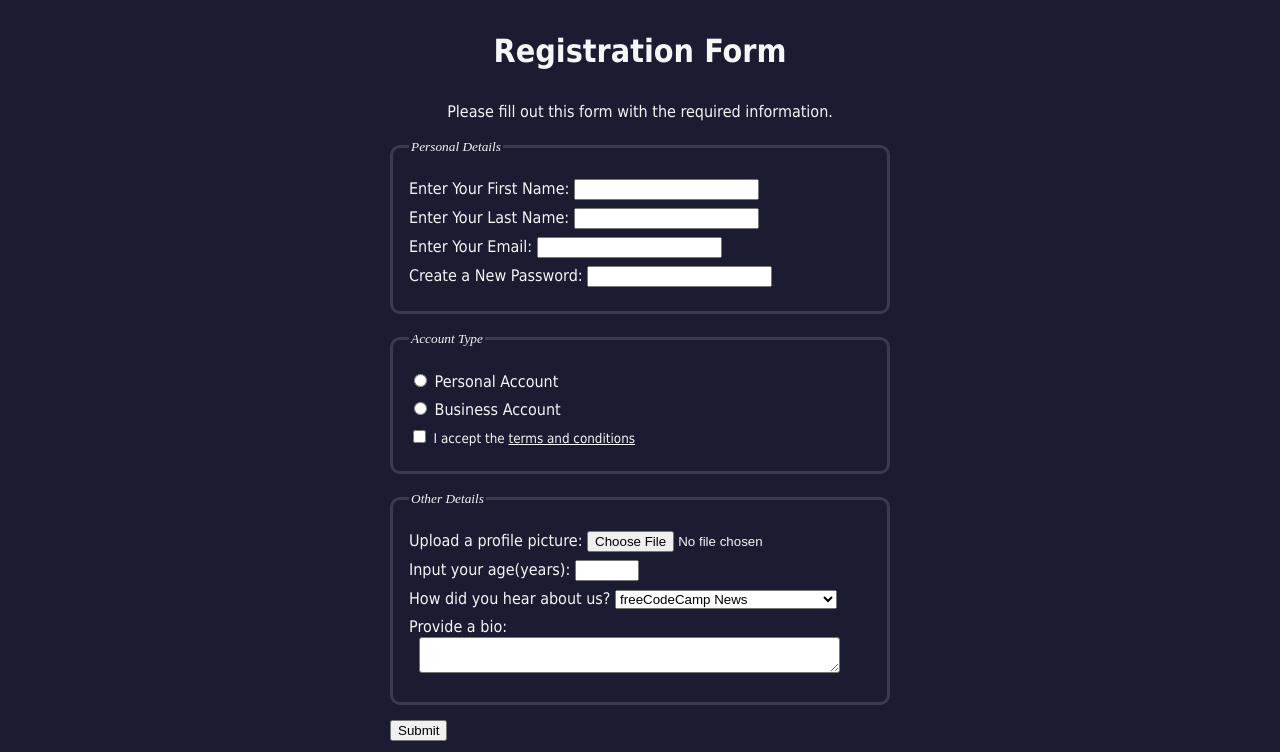
Repository: Lungdjos/registration_form
Page: index.html
These files come from the project's save history. The page is drawn as it stood at one moment and after a run of saves; the edit follows.
The browser window is 1280 px wide. The pictures show the whole page.

Above is the page before, as saved 2023-09-29 09:27:42.

### index.html
<!DOCTYPE html>
<html lang="en">

<head>
    <meta charset="UTF-8">
    <meta name="viewport" content="width=device-width, initial-scale=1.0">
    <title>Registration Form</title>
    <link rel="stylesheet" href="indexStyles.css">
</head>

<body>
    <h1>Registration Form</h1>
    <p>Please fill out this form with the required information.</p>
    <form action="https://register-demo.freecodecamp.org" method="post">
        <fieldset>
            <legend> <small>Personal Details</small> </legend>
            <label for="first-name">Enter Your First Name: <input type="text" id="first-name" name="first-name" required> </label>
            <label for="last-name">Enter Your Last Name: <input type="text" id="last-name" name="last-name" required> </label>
            <label for="email">Enter Your Email: <input type="email" id="email" name="email" required> </label>
            <label for="new-password">Create a New Password: <input type="password" name="password" id="new-password" pattern="[A-Za-z0-9]{8,}" minlength="8" required> </label>
        </fieldset>
        <fieldset>
            <legend> <small>Account Type</small></legend>
            <label for="personal-account"> <input type="radio" name="account-type" id="personal-account"> Personal Account</label>
            <label for="business-account"> <input type="radio" name="account-type" id="business-account"> Business Account</label>
            <label for="terms-and-conditions"> <input type="checkbox" name="ts-and-cs" id="terms-and-conditions" required> <small>I accept the <a href="https://www.freecodecamp.org/news/terms-of-service/">terms and conditions</a> </small> </label>
        </fieldset>
        <fieldset>
            <legend> <small>Other Details</small></legend>
            <label for="profile-pic">Upload a profile picture: <input type="file" name="profile-piture" id="profile-pic"></label>
            <label for="age">Input your age(years): <input type="number" name="age" id="age" min="13" max="100"> </label>

            <label for="referrer"> How did you hear about us?
                <select name="referrer" id="referrer">
                    <option value="">(select one)</option>
                    <option value="1" selected name="news">freeCodeCamp News</option>
                    <option value="2" name="youtube" >freeCodeCamp YouTube Channel</option>
                    <option value="3" name="forum" >freeCodeCamp Forum</option>
                    <option value="4" name="other" >Other</option>
                </select>
            </label>
            <label for="bio">Provide a bio:
                <textarea name="biography" id="bio" cols="50" rows="2" placeholder="I like coding on the beach..." >
                </textarea>
            </label>
        </fieldset>

        <input type="submit" value="Submit" name="submit" id="">
    </form>
</body>

</html>

### indexStyles.css
/* CSS for the Registration Form */

body {
    width: 100%;
    height: 100vh;
    /* will need to set the value to */
    margin: 0;
    background-color: #1b1b32;
    color: #f5f6f7;
    font-size: 16px;
    font-family: Tahoma;
}

label {
    display: block;
    margin: .5rem 0;
}

a {
    color: #f5f6f7;
}

form {
    margin: 0px 30px 0px 30px;
}

fieldset {
    margin: 15px 0px 15px 0px;
    border-radius: 10px;
    border: 3px solid #3b3b4f;
    padding: 1rem;
}

gets the last element and take
/* fieldset:last-of-type {
    border: none;
} */

input,
textarea {
    margin: 1px 10px 1px 10px;
    border-radius: 3px;
}

legend {
    font-style: italic;
    font-family: 'Times New Roman', Times, serif;
}

h1,
p {
    margin: 1em auto;
    text-align: center;
}

form {
    margin: 0 auto;
    max-width: 500px;
    min-width: 300px;
    width: 60vw;
}

After the next 3 saves:
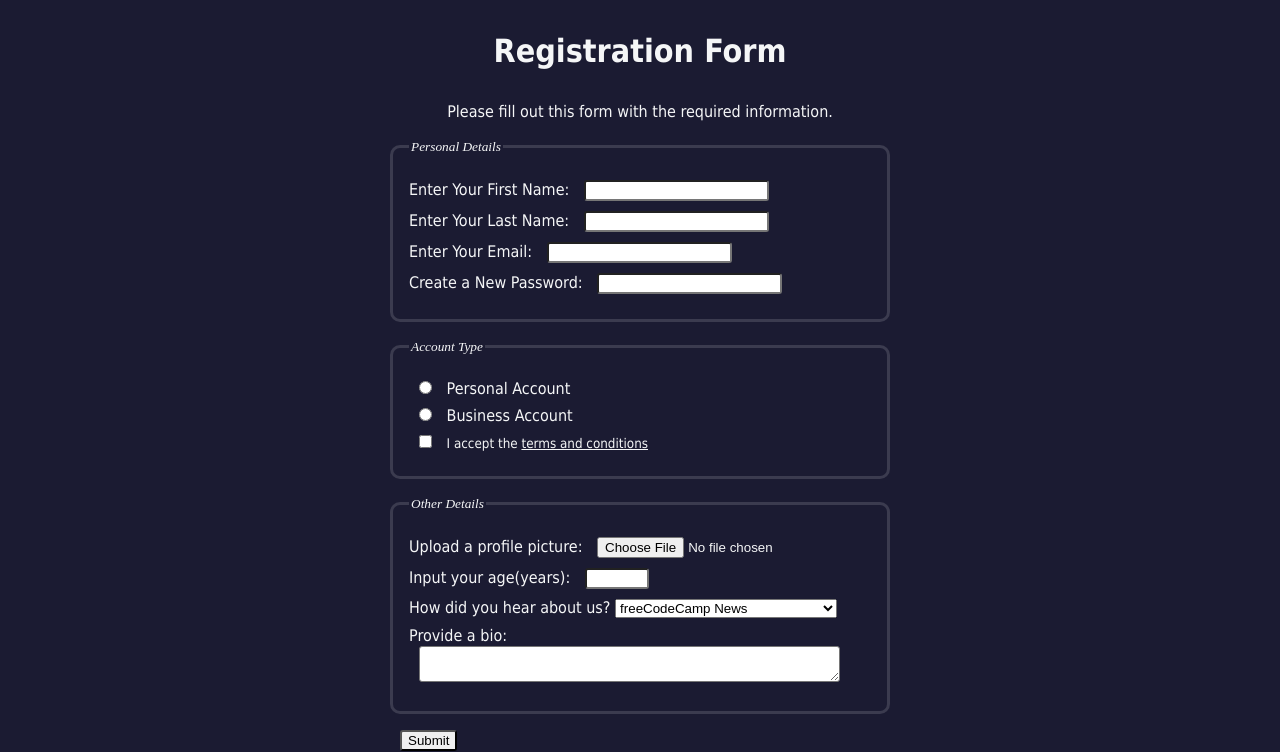
The 3 saves are shown as one change because they came seconds apart.
The last was saved 8 s later.
--- a/indexStyles.css
+++ b/indexStyles.css
@@ -31,7 +31,10 @@ fieldset {
     padding: 1rem;
 }
 
-gets the last element and take
+
+/* gets the last element and take effects */
+
+
 /* fieldset:last-of-type {
     border: none;
 } */
